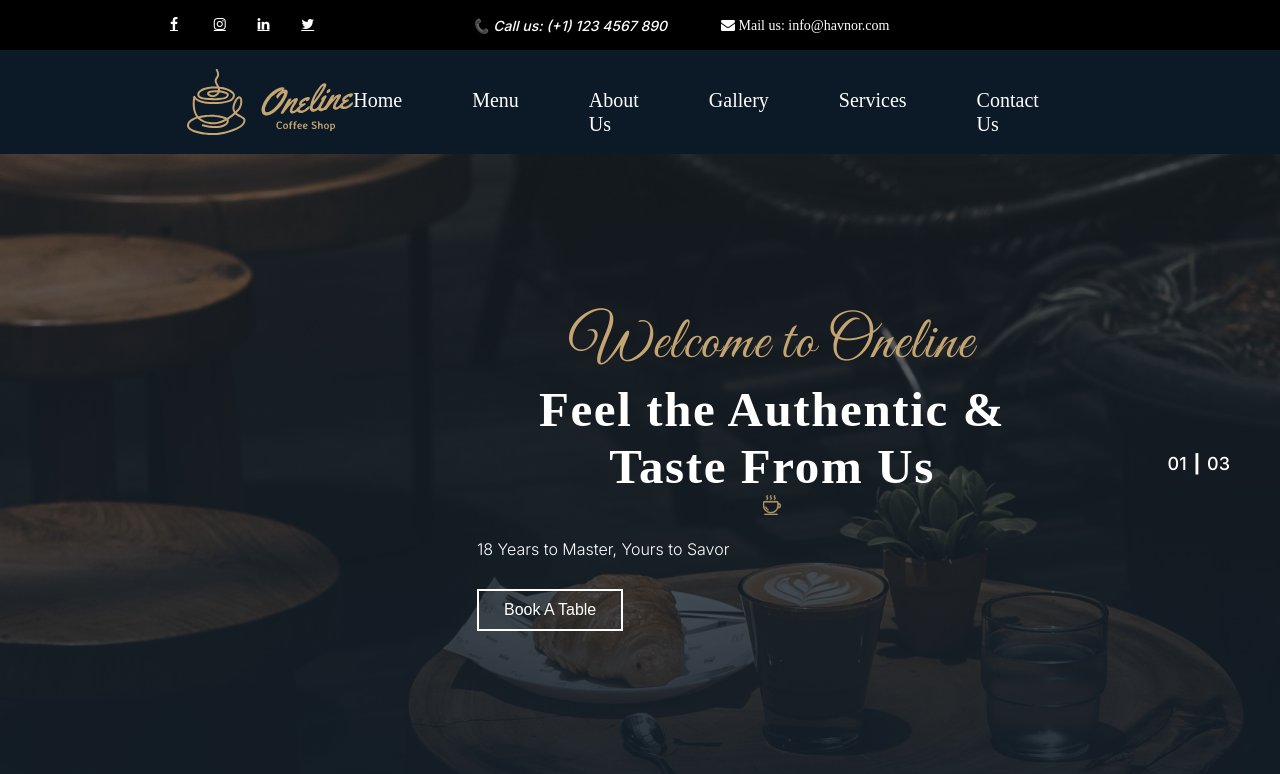
Repository: abhayzulasana/Online-Coffee-Shop
Page: index.html
The author's editor kept a copy of each file at every save. The page is drawn from the files as they stood at one save, then again after a run of saves.
The browser window is 1280 px wide. The pictures show the whole page.

Above is the page before, as saved 2025-05-14 10:15:18.

After the next 4 saves:
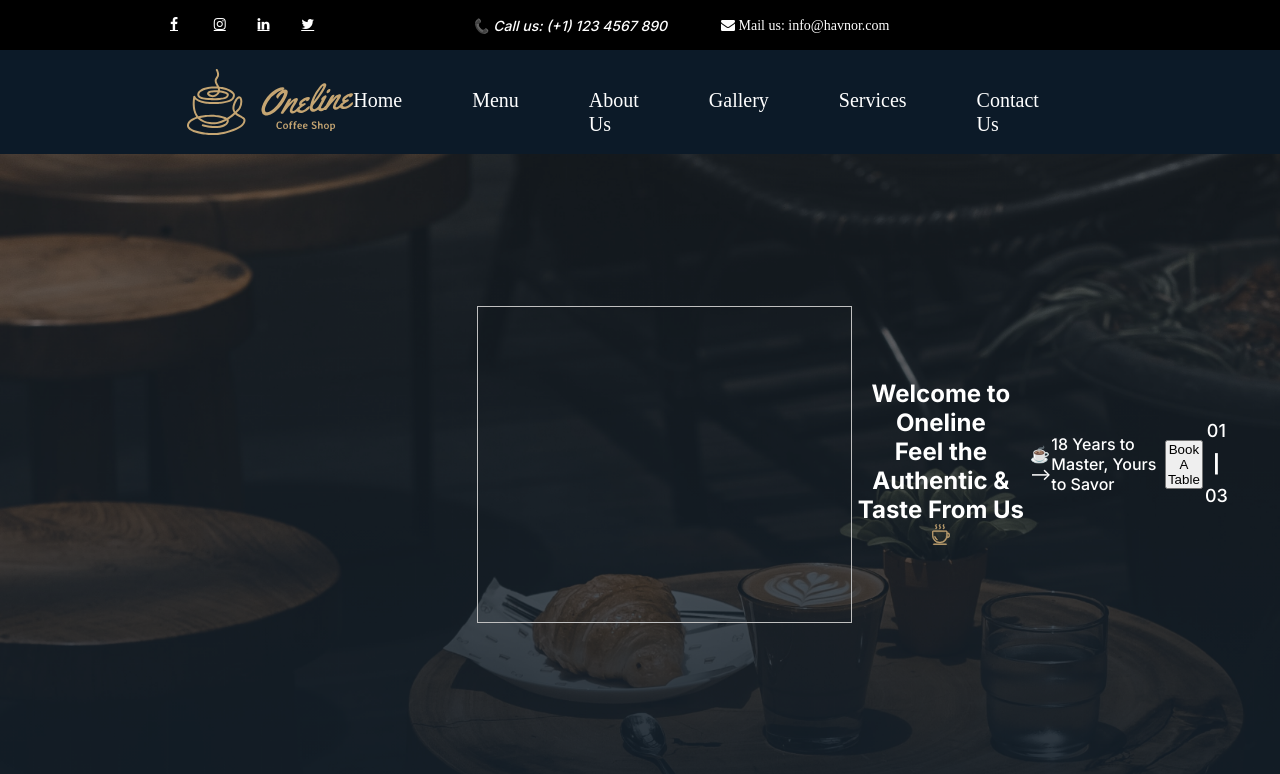
The 4 saves are shown as one change because they came seconds apart.
The last was saved 10 s later.
--- a/index.html
+++ b/index.html
@@ -44,11 +44,11 @@
   </nav>
 
   <section class="hero">
-    <div class="hero-content">
+    <img class="hero-content">
   <center>
       <h2>Welcome to Oneline</h2>
       <h1>Feel the Authentic & Taste From Us</h1>
-      <img src="img/cafe.svg"> </center><img src="" alt="">
+      <img src="img/cafe.svg"> </center></img
 
       <!-- <div class="divider">☕</div> -->
       <p>18 Years to Master, Yours to Savor</p>
